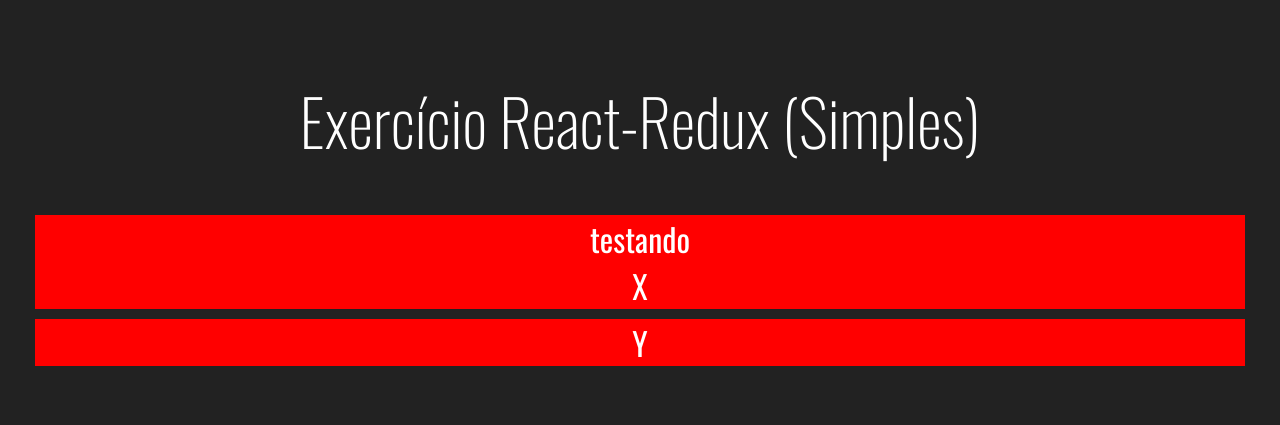
Repository: WellysonP/testando-react-redux
Page: /
An editor plug-in stored every save of this project. The page is shown before and after the next save, followed by the edit.
The browser window is 1280 px wide. The pictures show the whole page.
The project was rebuilt for these pictures with package versions that can differ from the ones it lists, and the page was loaded fresh each time.

Above is the page before, as saved 2023-01-12 16:35:13.

After the next save:
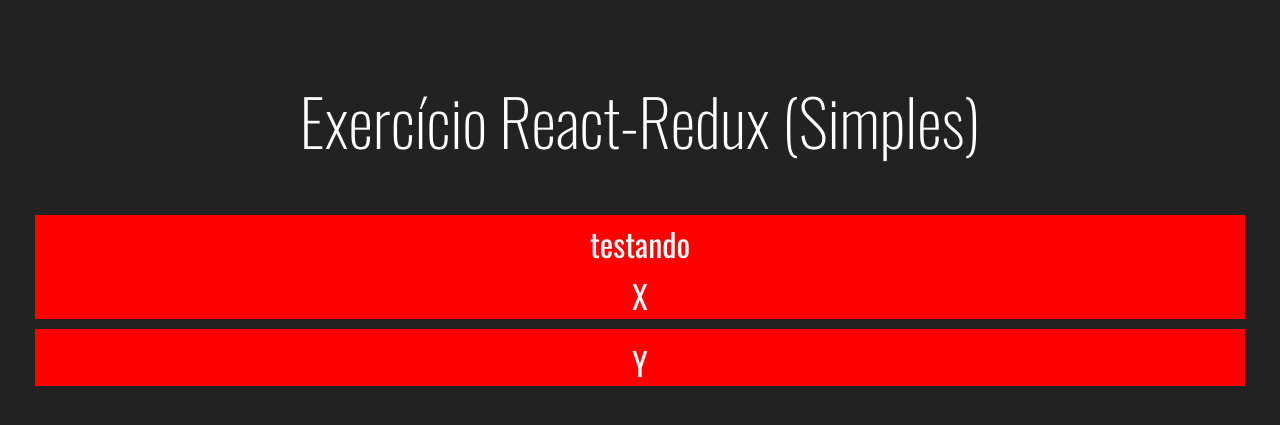
Saved 55 s later.
--- a/src/components/Card.css
+++ b/src/components/Card.css
@@ -11,3 +11,7 @@
     flex-direction: row;
     justify-content: center;
 }
+
+.Card .Header .Title{
+    padding: 5px;
+}
